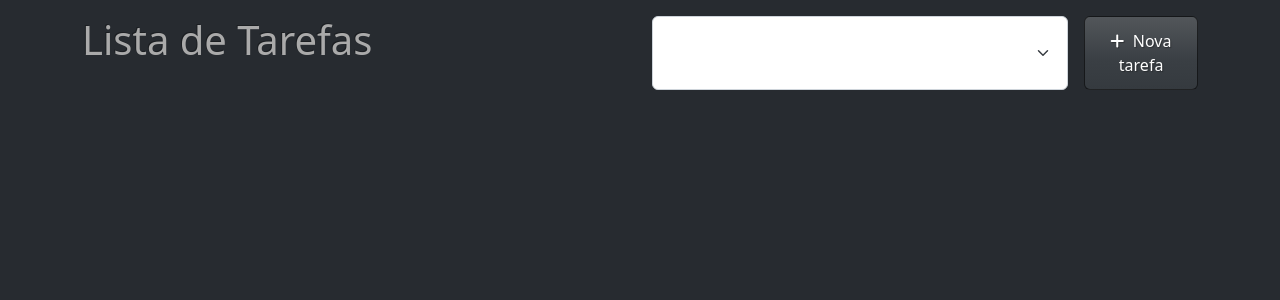
Repository: cargugati/lista_tarefas
Page: frontEnd/index.html
An editor plug-in stored every save of this project. The page is shown before and after the next save, followed by the edit.
The browser window is 1280 px wide. The pictures show the whole page.

Above is the page before, as saved 2023-03-16 10:24:54.

### frontEnd/index.html
<!DOCTYPE html>
<html lang="pt-br">

<head>
  <meta charset="UTF-8">
  <meta http-equiv="X-UA-Compatible" content="IE=edge">
  <meta name="viewport" content="width=device-width, initial-scale=1.0">
  <title>Lista de Tarefas</title>
  <link rel="stylesheet" href="/assets/css/bootstrap.min.css">
  <link rel="stylesheet" href="/assets/fontawesome/css/all.min.css">
  <link rel="shortcut icon" href="/assets/images/favicon.png" type="image/png">
</head>

<body>
  <div class="container my-3">
    <div class="row">
      <div class="col">
        <h1>Lista de Tarefas</h1>
      </div>
      <div class="col text-end">
        <div class="d-flex justify-content-end">
          <select id="select_filter" class="form-select me-3">
            <option value=""></option>
            <option value="1">1</option>
          </select>
          <a href="new_task.html" class="btn btn-primary"><i class="fa-solid fa-plus me-2"></i>Nova tarefa</a>
        </div>
      </div>
    </div>
  </div>


  <script src="assets/js/bootstrap.bundle.min.js"></script>
</body>

</html>

Loaded but not shown: frontEnd/assets/css/bootstrap.min.css (library); frontEnd/assets/fontawesome/css/all.min.css (library); frontEnd/assets/js/bootstrap.bundle.min.js (library)

After the next save:
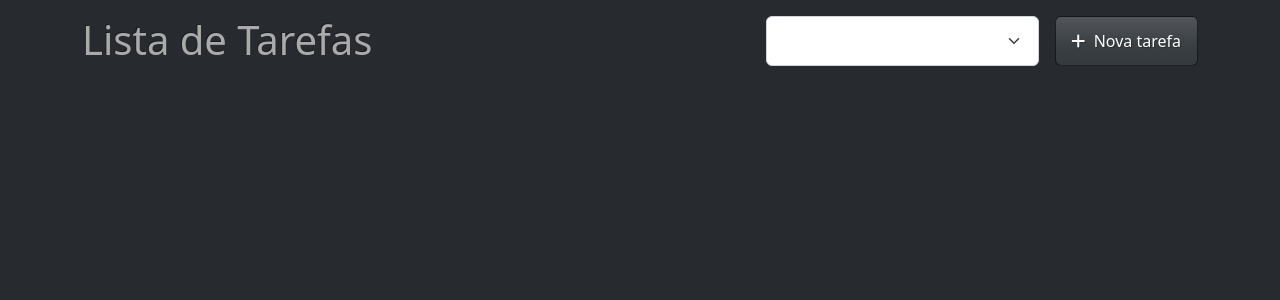
Saved 73 s later.
--- a/frontEnd/index.html
+++ b/frontEnd/index.html
@@ -19,7 +19,7 @@
       </div>
       <div class="col text-end">
         <div class="d-flex justify-content-end">
-          <select id="select_filter" class="form-select me-3">
+          <select id="select_filter" class="form-select w-50 me-3">
             <option value=""></option>
             <option value="1">1</option>
           </select>
